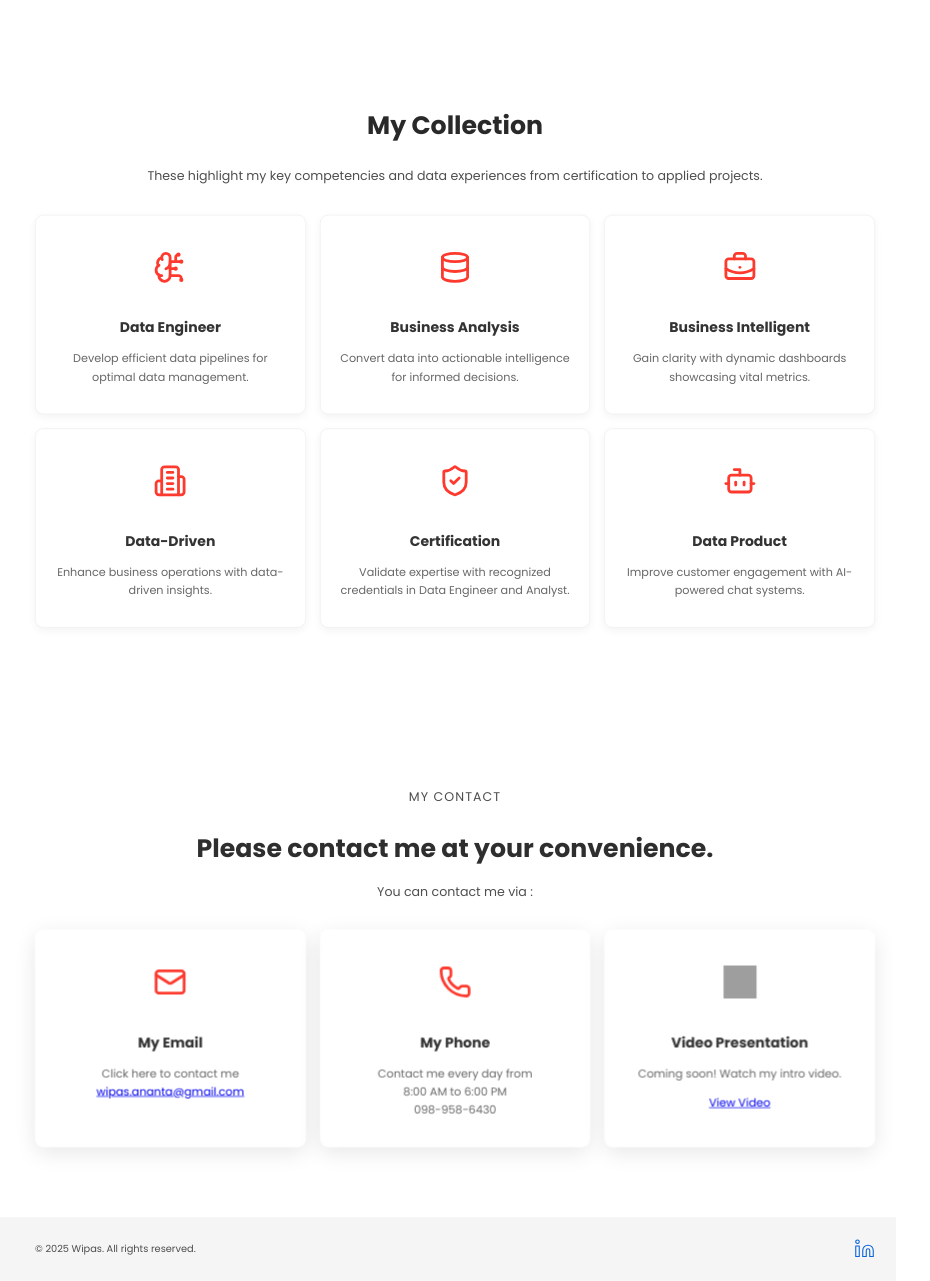
Repository: Wipas1919/Archive-portfolio
Page: index.html
The author's editor kept a copy of each file at every save. The page is drawn from the files as they stood at one save, then again after the next save.
The browser window is 1280 px wide. The page is 1328 px wide, so the pictures cover 1328 px, including what lies to the right of the window. The pictures show the part of the page from y = 1527 to 3367 px (the page is 3357 px tall before and 3367 px after), at 70% of full size.
Pictures or frames that could not be fetched are drawn as grey boxes.

Above is the page before, as saved 2025-05-26 21:25:43.

### index.html
<!-- Cleaned and updated on 2025-05-25 -->
<!DOCTYPE html>
<html lang="en">
 <head>
  <meta charset="utf-8"/>
  <meta content="width=device-width, initial-scale=1.0" name="viewport"/>
  <title>Wipas | Portfolio</title>

  <!-- SEO Meta Tags -->
  <meta name="description" content="Data-driven portfolio by Wipas Anantamongkol - showcasing skills in data engineering, analytics, and business intelligence.">
  <meta name="keywords" content="portfolio, data, analytics, business intelligence, data engineer, Wipas">
  <meta name="author" content="Wipas Anantamongkol">
  <meta name="robots" content="index, follow">
  <link rel="canonical" href="https://wipas1919.github.io/wipas-portfolio/">

  <!-- Fonts -->
  <link href="https://fonts.googleapis.com/css2?family=Poppins:wght@400;600;700&display=swap" rel="stylesheet"/>

  <!-- CSS -->
  <link href="style/main.css" rel="stylesheet"/>
  <link href="style/animations.css" rel="stylesheet"/>
  <link href="https://cdn.jsdelivr.net/npm/aos@2.3.4/dist/aos.css" rel="stylesheet"/>
  <link href="https://cdnjs.cloudflare.com/ajax/libs/animate.css/4.1.1/animate.min.css" rel="stylesheet"/>
  <link href="https://cdn.jsdelivr.net/npm/swiper@10/swiper-bundle.min.css" rel="stylesheet"/>

  <!-- Lottie -->
  <script src="https://unpkg.com/@lottiefiles/lottie-player@latest/dist/lottie-player.js"></script>

  <!-- Copy Protection Script -->
  <script>
    document.addEventListener("contextmenu", e => e.preventDefault());
    document.onkeydown = function(e) {
      if (e.key === "F12" ||
          (e.ctrlKey && e.shiftKey && (e.key === "I" || e.key === "J")) ||
          (e.ctrlKey && e.key === "U")) {
        return false;
      }
    };
    document.addEventListener("selectstart", e => e.preventDefault());
  </script>

  <!-- Google Analytics (replace G-XXXXXXX with actual ID) -->
<!-- Google tag (gtag.js) -->
  <script async src="https://www.googletagmanager.com/gtag/js?id=G-NG75M74LFD"></script>
  <script>
    window.dataLayer = window.dataLayer || [];
    function gtag(){dataLayer.push(arguments);}
    gtag('js', new Date());

    gtag('config', 'G-NG75M74LFD');
  </script>
  </head>
 <body>
  <!-- ... rest of body content remains unchanged ... -->
  <div id="page-loader">
   <div class="spinner">
   </div>
  </div>
  <!-- Navbar -->
  <!-- /* ───── HEADER SECTION ───── */ -->
  <header>
   <div class="container">
    <h1 class="logo">
     Portfolio
    </h1>
    <nav class="nav-right">
     <a href="#hero">
      Home
     </a>
     <a href="#about">
      About
     </a>
     <a href="#contact">
      Contact
     </a>
     <div class="dropdown-wrapper">
      <a class="dropbtn" href="#">
       Collection
      </a>
      <div class="dropdown-content">
       <a href="projects/data-engineer.html">
        Data Engineer
       </a>
       <a href="projects/business-analysis.html">
        Business Analysis
       </a>
       <a href="projects/bi-solutions.html">
        Business Intelligent
       </a>
       <a href="projects/strategic-data.html">
        Data-Driven
       </a>
       <a href="projects/cloud-cert.html">
        Certification
       </a>
       <a href="projects/data-integration.html">
        Data Product
       </a>
      </div>
     </div>
    </nav>
   </div>
  </header>
  <!-- Hero Section -->
  <section class="hero" id="hero">
   <div class="container hero-content">
    <div class="hero-text">
     <h2 class="rellax" data-rellax-speed="-2">
      THE SPACE FOR SHARING MY DATA PROJECTS
     </h2>
     <p class="rellax" data-rellax-speed="-1">
      Data Generalist | Portfolio Website
     </p>
     <a class="btn" href="#projects">
      View Highlights
     </a>
    </div>
    <div class="hero-animation">
     <lottie-player autoplay="" background="transparent" loop="" speed="1" src="animation_data.json" style="width: 500px; height: 500px;">
     </lottie-player>
    </div>
   </div>
  </section>
  <!-- About Section -->
  <section class="about" id="about">
   <div class="container about-grid">
    <div class="about-image" data-aos="fade-right">
     <img alt="Wipas Profile Photo" src="images/profile.jpg"/>
    </div>
    <div class="about-text" data-aos="fade-left" data-aos-delay="100">
     <h2>
      About Me
     </h2>
     <p>
      My name is Wipas Anantamongkol (Frong),
      <br/>
      a passionate person about data, insights, and creating meaningful solutions. This is a little story about my journey.
     </p>
     <div class="timeline">
      <div class="timeline-item" data-aos="fade-up" data-aos-delay="300">
       <div class="timeline-dot">
       </div>
       <div class="timeline-content">
        <h4>
         2025 - Present
        </h4>
        <p>
         Business Analytics Officer
         <br/>
         at N.C.C Management and Development (QSNCC)
        </p>
       </div>
      </div>
      <div class="timeline-item" data-aos="fade-up" data-aos-delay="400">
       <div class="timeline-dot">
       </div>
       <div class="timeline-content">
        <h4>
         2022 - 2024
        </h4>
        <p>
         Project Coordinator - Design Solutions.
         <br/>
         at stiid co. ltd
        </p>
       </div>
      </div>
      <div class="timeline-item" data-aos="fade-up" data-aos-delay="500">
       <div class="timeline-dot">
       </div>
       <div class="timeline-content">
        <h4>
         2018 - 2022
        </h4>
        <p>
         Graduated in Business Administration from
         <br/>
         King Mongkut University of Technology North Bangkok.
        </p>
       </div>
      </div>
     </div>
    </div>
   </div>
  </section>

  <!-- Projects Section -->
  <section class="projects" id="projects">
   <div class="container" data-aos="fade-up">
    <h2>My Collection</h2>
    <p class="section-description">
     These highlight my key competencies and data experiences from certification to applied projects.
    </p>

    <div class="card-grid card-grid--projects">
     <div class="card card--project" data-aos="zoom-in" data-aos-delay="100" onclick="location.href='projects/data-engineer.html'">
       <div class="card__icon">
         <img src="images/brain-circuit.svg" alt="Data Engineer Icon">
       </div>
       <h3>Data Engineer</h3>
       <p>Develop efficient data pipelines for optimal data management.</p>
     </div>
     <div class="card card--project" data-aos="zoom-in" data-aos-delay="200" onclick="location.href='projects/business-analysis.html'">
       <div class="card__icon">
         <img src="images/database.svg" alt="Business Analysis Icon">
       </div>
       <h3>Business Analysis</h3>
       <p>Convert data into actionable intelligence for informed decisions.</p>
     </div>
     <div class="card card--project" data-aos="zoom-in" data-aos-delay="300" onclick="location.href='projects/bi-solutions.html'">
       <div class="card__icon">
         <img src="images/layout-dashboard.svg" alt="Business Intelligent Icon">
       </div>
       <h3>Business Intelligent</h3>
       <p>Gain clarity with dynamic dashboards showcasing vital metrics.</p>
     </div>
     <div class="card card--project" data-aos="zoom-in" data-aos-delay="400" onclick="location.href='projects/strategic-data.html'">
       <div class="card__icon">
         <img src="images/building-2.svg" alt="Data-Driven Icon">
       </div>
       <h3>Data-Driven</h3>
       <p>Enhance business operations with data-driven insights.</p>
     </div>
     <div class="card card--project" data-aos="zoom-in" data-aos-delay="500" onclick="location.href='projects/cloud-cert.html'">
       <div class="card__icon">
         <img src="images/shield-check.svg" alt="Certification Icon">
       </div>
       <h3>Certification</h3>
       <p>Validate expertise with recognized credentials in Data Engineer and Analyst.</p>
     </div>
     <div class="card card--project" data-aos="zoom-in" data-aos-delay="600" onclick="location.href='projects/data-integration.html'">
       <div class="card__icon">
         <img src="images/bot.svg" alt="Data Product Icon">
       </div>
       <h3>Data Product</h3>
       <p>Improve customer engagement with AI-powered chat systems.</p>
     </div>
    </div>

   </div>
  </section>

  <!-- Contact Section -->
  <section class="contact" id="contact">
   <div class="container" data-aos="fade-up">
    <p class="section-subtitle">MY CONTACT</p>
    <h2 class="section-title">Please contact me at your convenience.</h2>
    <p class="section-description">You can contact me via :</p>

    <div class="card-grid card-grid--contact">
     <div class="card card--glass" data-aos="zoom-in" data-aos-delay="100">
       <div class="card__icon">
         <img src="images/mail.svg" alt="Email Icon">
       </div>
       <h3>My Email</h3>
       <p>
        Click here to contact me<br/>
        <a href="mailto:wipas.ananta@gmail.com">wipas.ananta@gmail.com</a>
       </p>
     </div>
     <div class="card card--glass" data-aos="zoom-in" data-aos-delay="200">
       <div class="card__icon">
         <img src="images/phone.svg" alt="Phone Icon">
       </div>
       <h3>My Phone</h3>
       <p>
        Contact me every day from<br/>
        8:00 AM to 6:00 PM<br/>
        098-958-6430
       </p>
     </div>
     <div class="card card--glass" data-aos="zoom-in" data-aos-delay="300">
       <div class="card__icon">
         <img src="images/video.svg" alt="Video Icon">
       </div>
       <h3>Video Presentation</h3>
       <p>Coming soon! Watch my intro video.</p>
       <p><a href="#" target="_blank">View Video</a></p>
     </div>
    </div>

   </div>
  </section>

  <!-- Footer -->
  <!-- /* ───── FOOTER SECTION ───── */ -->
  <footer>
   <div class="container footer-container">
    <p>
     © 2025 Wipas. All rights reserved.
    </p>
    <div class="social-links">
     <a href="https://www.linkedin.com/" target="_blank">
      <img alt="LinkedIn" src="images/linkedin.svg"/>
     </a>
    </div>
   </div>
  </footer>
  <!-- Scripts -->
  <script src="https://unpkg.com/aos@next/dist/aos.js">
  </script>
  <script>
   AOS.init({
      duration: 1000,
      once: true,
      easing: 'ease-in-out',
    });
  </script>
  <script defer="" src="scripts/main.js">
  </script>
 </body>
</html>

### style/main.css
/* ตั้งค่าพื้นฐาน */
body {
  margin: 0;
  font-family: 'Poppins', sans-serif;
  background: #fff;
  color: #222;
  line-height: 1.6;
  scroll-behavior: smooth;
  user-select: none;
  -webkit-user-select: none;
  -ms-user-select: none;
}

img {
  max-width: 100%;
  height: auto;
  display: block;
}

.container {
  width: 100%;
  max-width: 1200px;
  margin: 0 auto;
  padding: 0 50px; /* เพิ่ม padding ด้านข้าง */
}

@media screen and (max-width: 767px) {
  .container { padding: 0 16px; }
  .hero h2 { font-size: 36px; }
  .hero p { font-size: 18px; }
  .card-grid { grid-template-columns: 1fr; }
  nav a { font-size: 14px; }
  .hero-content { flex-direction: column; }
  .about-image img { width: 100%; }
}

@media screen and (min-width: 768px) and (max-width: 1024px) {
  .hero h2 { font-size: 48px; }
  .card-grid { grid-template-columns: repeat(2, 1fr); }
}

@media screen and (max-width: 480px) {
  h2, .section-title { font-size: 28px; }
  .hero h2 { font-size: 28px; }
  .hero p, .section-description, .about-text p, .card p { font-size: 16px; }
  .btn { padding: 10px 20px; font-size: 16px; }
}

/* Navbar */
header {
  background: #fff;
  padding: 5px 0;
  display: flex;
  justify-content: space-between;
  align-items: center;
  border-bottom: 0px solid #eee;
  position: sticky;
  top: 0;
  z-index: 100;
}

header .container {
  display: flex;
  align-items: center;
  justify-content: space-between;
}

.logo {
  font-family: 'Poppins', serif;
  font-size: 30px;
  color: #fc5246;
}

nav a {
  margin: 0 15px;
  color: #333;
  text-decoration: none;
  font-weight: 600;
  font-size: 18px;
}

nav a:hover {
  color: #fd3a2d;
}

/* ปุ่มหลักของเมนู dropdown */
.dropdown-wrapper {
  position: relative;
  display: inline-block;
}

.dropbtn {
  font-weight: 600;
  cursor: pointer;
  color: #222;
  transition: color 0.3s ease;
}

.dropbtn:hover {
  color: #fd3a2d;
}

/* เมนูที่แสดงเมื่อ hover */
.dropdown-content {
  display: none;
  position: absolute;
  top: 100%;
  right: 0;
  background-color: #ffffff;
  min-width: 220px;
  border-radius: 12px;
  box-shadow: 0 10px 25px rgba(0, 0, 0, 0.08);
  overflow: hidden;
  padding: 10px 0;
  z-index: 999;
}

/* แสดงเมื่อ hover */
.dropdown-wrapper:hover .dropdown-content {
  display: block;
}

/* ลิงก์ใน dropdown */
.dropdown-content a {
  display: block;
  padding: 12px 20px;
  color: #222;
  text-decoration: none;
  font-size: 15px;
  transition: background-color 0.2s ease, color 0.2s ease;
}

/* Hover effect ของลิงก์ */
.dropdown-content a:hover {
  background-color: #eaeaea;
  color: #fd3a2d;
}

.hero-animation {
  margin-top: 10px;
  display: flex;
  justify-content: right;
}

/* Hero Section */
.hero {
  position: relative;
  height: 60vh;
  display: flex;
  align-items: center;
  justify-content: center;
  flex-direction: column;
  text-align: center;
  background: #eaeaea;
  color: #000000;
}

#hero-background {
  position: absolute;
  top: 0;
  left: 0;
  width: 100%;
  height: 100%;
  z-index: 0;
}

.hero-content {
  position: relative;
  z-index: 1;
  width: 100%;
  max-width: 1200px;
  padding-left: 5vw;
  padding-right: 5vw;
  text-align: left;
  align-items: flex-start;
}

.hero h2 {
  font-size: 60px;
  margin-bottom: 10px;
  line-height: 1.2;
}

.hero p {
  font-size: 30px;
  margin-bottom: 30px;
  color: #1d1d1d;
}

.btn, .hero .btn {
  display: inline-block;
  background: #fd3a2d;
  color: #fff;
  padding: 14px 36px;
  border-radius: 30px;
  text-decoration: none;
  font-weight: bold;
  font-size: 18px;
  transition: background 0.3s;
}

.btn:hover, .hero .btn:hover {
  background: #252525;
}

/* Sections */
section {
  padding: 100px 0;
  text-align: center;
}

/* About Section */
.about-grid {
  display: flex;
  align-items: center;
  justify-content: center;
  gap: 50px;
  flex-wrap: wrap;
}

.about-image img {
  width: 500px;
  height: auto;
  object-fit: cover;
  border-top-left-radius: 0;
  border-top-right-radius: 0;
  border-bottom-left-radius: 200px;
  border-bottom-right-radius: 200px;
}

.about-text {
  max-width: 500px;
  text-align: left;
}

.about-text h2 {
  margin-bottom: 20px;
}

.about-text p {
  font-size: 18px;
  color: #666;
}

/* Timeline */
.timeline-item {
  position: relative;
  margin-bottom: 30px;
}

.timeline-dot {
  width: 14px;
  height: 14px;
  background-color: #fd3a2d;
  border-radius: 50%;
  position: absolute;
  left: -8px;
  top: 0;
}

.timeline-content {
  margin-left: 20px;
}

.timeline-content h4 {
  margin: 0;
  font-size: 18px;
  color: #333;
  font-weight: 600;
}

.timeline-content p {
  margin: 5px 0 0;
  font-size: 16px;
  color: #666;
}

/* Projects Section */
#projects {
  margin-bottom: 10px;
}

.card-grid {
  display: grid;
  grid-template-columns: repeat(3, 1fr); /* สำคัญ: 3 คอลัมน์ */
  gap: 20px;
  margin-top: 10px;
}


.card {
  background: #ffffff;
  padding: 30px;
  border-radius: 12px;
  text-align: center;
  transition: box-shadow 0.3s;
  border: 1px solid #eee;
}

.card:hover {
  box-shadow: 0 8px 20px rgba(0, 0, 0, 0.1);
}

.card-icon img {
  width: 40px;
  height: 40px;
  margin-bottom: 20px;
}

.card h3 {
  font-size: 20px;
  margin-bottom: 15px;
  color: #333;
}

.card p {
  font-size: 16px;
  color: #666;
}

/* Contact Section */
.contact {
  background: rgba(255, 255, 255, 0.5); /* 1 = โปร่งแสง 50% */
  text-align: center;
}

.section-subtitle {
  text-transform: uppercase;
  font-size: 18px;
  letter-spacing: 1.5px;
  color: #4e4e4e;
  margin-bottom: 10px;
}

h2 {
  font-size: 36px;
  color: #292929
}


.section-title {
  font-size: 36px;
  margin-bottom: 10px;
  color: #2e2e2e;
}

.section-description {
  font-size: 18px;
  margin-bottom: 40px;
  color: #4e4e4e;
}

.contact-grid {
  display: grid;
  grid-template-columns: repeat(auto-fit, minmax(280px, 1fr));
  gap: 20px;
  margin-top: 40px;
}

.contact-card.glass {
  background: rgba(255, 255, 255, 0.15);
  backdrop-filter: blur(12px);
  -webkit-backdrop-filter: blur(12px);
  border-radius: 20px;
  padding: 24px;
  border: 1px solid rgba(255, 255, 255, 0.3);
  box-shadow: 0 8px 32px rgba(0, 0, 0, 0.1);
  transition: transform 0.3s ease, box-shadow 0.3s ease;
  text-align: center;
}

.contact-card.glass:hover {
  transform: scale(1.05);
  box-shadow: 0 12px 28px rgba(0, 0, 0, 0.15);
}

.contact-icon {
  display: flex;
  flex-direction: column;
  align-items: center;
  justify-content: center; /* 🔥 เพิ่มบรรทัดนี้เพื่อจัดไอคอนแนวดิ่ง */
  height: 100px; /* ✅ ปรับความสูงให้เหมาะสม */
  margin-bottom: 12px;
}


.contact-icon img {
  width: 48px;
  height: 48px;
  margin-bottom: 12px;
  transition: transform 0.3s ease;
}

.contact-card.glass:hover .contact-icon img {
  transform: scale(1.15);
}

/* Footer */
footer {
  background: #f5f5f5;
  padding: 20px 0;
  font-size: 14px;
  color: #4d4d4d;
}

.footer-container {
  display: flex;
  justify-content: space-between;
  align-items: center;
  flex-wrap: wrap;
}

.social-links {
  display: flex;
  gap: 20px;
}

.social-links a img {
  width: 30px;
  height: 30px;
  transition: transform 0.3s ease;
}

.social-links a img:hover {
  transform: scale(1.2);
}

#hero-background {
  position: absolute;
  top: 0;
  left: 0;
  height: 100%;
  width: 100%;
  z-index: 0;
  overflow: hidden;
}
.hero-content {
  position: relative;
  z-index: 1;
}

/* animation-data */
.hero-content {
  display: flex;
  justify-content: space-between;
  align-items: center;
  flex-wrap: wrap;
  gap: 40px;
}

.hero-text {
  flex: 1 1 55%;
}

.hero-animation {
  flex: 1 1 40%;
  display: flex;
  justify-content: center;
  align-items: center;
}

/* ===== Page Loader & Smooth Scroll ===== */
html{scroll-behavior:smooth;}

#page-loader{
  position:fixed;inset:0;display:grid;place-items:center;
  background:#ffffff;z-index:9999;opacity:1;
  transition:opacity .0.5s ease;
}
#page-loader .spinner{
  width:32px;height:32px;border:4px solid #e5e5e5;
  border-top-color:#ff694b;border-radius:50%;
  animation:spin .8s linear infinite;
}
@keyframes spin{to{transform:rotate(360deg)}}

body.loaded #page-loader{opacity:0;pointer-events:none;}
body.fade-out{opacity:0;transition:opacity .0.5s ease;}

@keyframes hideLoaderFallback{to{opacity:0;pointer-events:none;}}
#page-loader{animation:hideLoaderFallback 0.5s forwards 0.5s;}



/* ====  Reusable Card Component  ================================== */
.card {
  background: #ffffff;
  border: 1px solid #eee;
  border-radius: 12px;
  padding: 24px;
  text-align: center;
  box-shadow: 0 4px 12px rgba(0,0,0,.05);
  transition: transform .3s ease, box-shadow .3s ease;
}
.card:hover {
  transform: translateY(-6px);
  box-shadow: 0 12px 25px rgba(0,0,0,.1);
}

.card__icon{
  display:flex;
  flex-direction:column;
  align-items:center;
  justify-content:center;
  height:100px;
  margin-bottom:12px;
}
.card__icon img{
  width:48px;
  height:48px;
  transition: transform .3s ease;
}
.card:hover .card__icon img{
  transform:scale(1.15);
}

/* Variant – project card (clickable) */
.card--project{cursor:pointer;}

/* Variant – glassmorphism contact card */
.card--glass{
  background: rgba(255,255,255,.15);
  backdrop-filter: blur(12px);
  -webkit-backdrop-filter: blur(12px);
  border: 1px solid rgba(255,255,255,.3);
  box-shadow: 0 8px 32px rgba(0,0,0,.1);
}

/* Grids */

.card-grid--contact{
  display:grid;
  grid-template-columns: repeat(auto-fit,minmax(280px,1fr));
  gap:20px;
  margin-top:40px;
}

/* Remove legacy duplicate styles */
.contact-card, .contact-card.glass, .glass-card{
}/* project */

.project-blog {
  max-width: 800px;
  margin: 80px auto;
  padding: 0 20px;
  font-family: 'Inter', sans-serif;
}

.project-blog h1 {
  font-size: 36px;
  font-weight: 700;
  margin-bottom: 20px;
  text-align: center;
  color: #222;
}

.project-blog .tag {
  display: inline-block;
  background: #f0f0f0;
  color: #333;
  padding: 6px 12px;
  margin: 0 8px 20px 0;
  border-radius: 20px;
  font-size: 14px;
}

.project-blog p {
  font-size: 18px;
  color: #444;
  line-height: 1.7;
  margin-bottom: 24px;
}

.project-blog img {
  width: 100%;
  border-radius: 10px;
  margin: 30px 0;
  box-shadow: 0 8px 30px rgba(0,0,0,0.08);
}

/* button */
.back-float-btn {
  position: fixed;
  bottom: 30px;
  left: 50%;
  transform: translateX(-50%);
  background-color: #fc5246;
  color: white;
  padding: 10px 24px;
  font-size: 14px;
  border-radius: 30px;
  box-shadow: 0 4px 16px rgba(0, 0, 0, 0.1);
  cursor: pointer;
  z-index: 9999;
  text-align: center;
  font-family: 'Inter', sans-serif;
  transition: background 0.3s ease;
  width: auto;       /* ปรับให้ขนาดพอดีกับเนื้อหา */
  max-width: 200px;  /* จำกัดไม่ให้ปุ่มกว้างเกินไป */
}

.back-float-btn:hover {
  background-color: #e6483c;
}

@media (max-width: 768px) {
  .back-float-btn {
    padding: 9px 18px;
    font-size: 13px;
    bottom: 20px;
  }
/* ===== FINAL OVERRIDE ===== */
.contact-card a {
  color: inherit !important;
  text-decoration: none !important;
}

.contact-card a:visited {
  color: inherit !important;
  text-decoration: none !important;
}

.contact-card a:hover,
.contact-card a:focus,
.contact-card a:active {
  color: inherit !important;
  text-decoration: none !important;
}

/* ===== Card grid (Projects) enforce 3-column on desktop ===== */
@media (min-width: 1024px){
  .card-grid--projects{
    grid-template-columns: repeat(3, 1fr);
  }
}
/* 2 columns on tablets */
@media (min-width: 640px) and (max-width: 1023px){
  .card-grid--projects{
    grid-template-columns: repeat(2, 1fr);
  }
}
/* 1 column on small screens (default) */
}

/* ===== DESKTOP-ONLY MODE (CSS BLOCK) =====
   Hide entire site below 1024px width and show full-screen notice
--------------------------------------------------------------- */
@media (hover: none) and (pointer: coarse){
  /* Hide all real content */
  body > * { display: none !important; }

  /* Full-screen notice */
  body::before{
    content: "This site is designed for desktop browsers only.\A Please visit on a larger screen.";
    white-space: pre-line;
    position: fixed;
    inset: 0;
    background: #ffffff;
    color: #000000;
    padding: 40px 24px;
    display: flex;
    align-items: center;
    justify-content: center;
    font-family: "Poppins", sans-serif;
    font-size: 18px;
    line-height: 1.4;
    text-align: center;
    z-index: 99999;
  }

  /* Prevent horizontal scroll */
  html, body{ overflow: hidden; }
}

Loaded but not shown: animation_data.json (1 lines, source omitted); scripts/main.js (34 lines, source omitted); style/animations.css (no stored copy; drawn as an empty file)

After the next save:
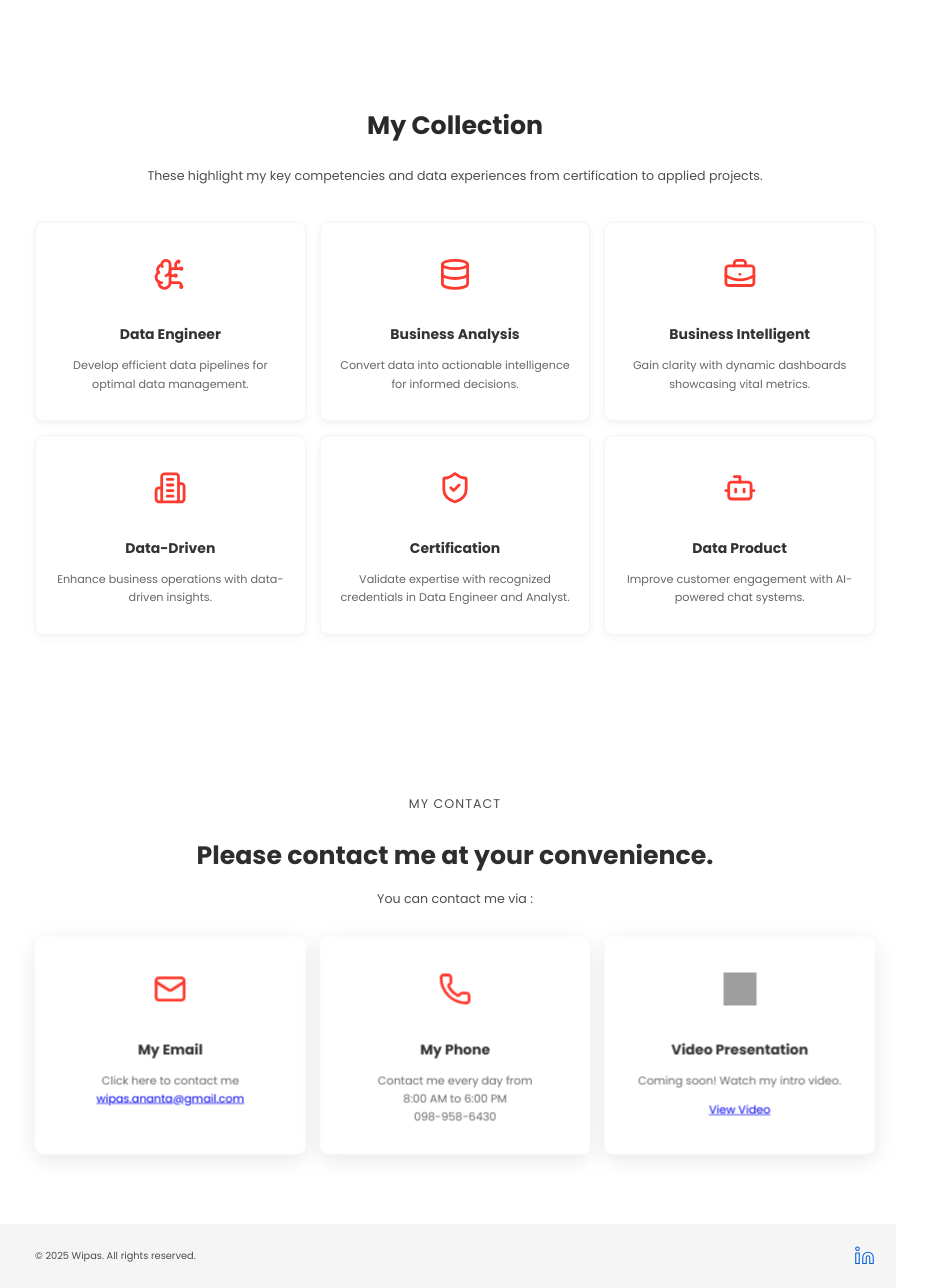
Saved 5 s later.
--- a/style/main.css
+++ b/style/main.css
@@ -284,7 +284,7 @@ section {
   display: grid;
   grid-template-columns: repeat(3, 1fr); /* สำคัญ: 3 คอลัมน์ */
   gap: 20px;
-  margin-top: 10px;
+  margin-top: 50px;
 }
 
 
